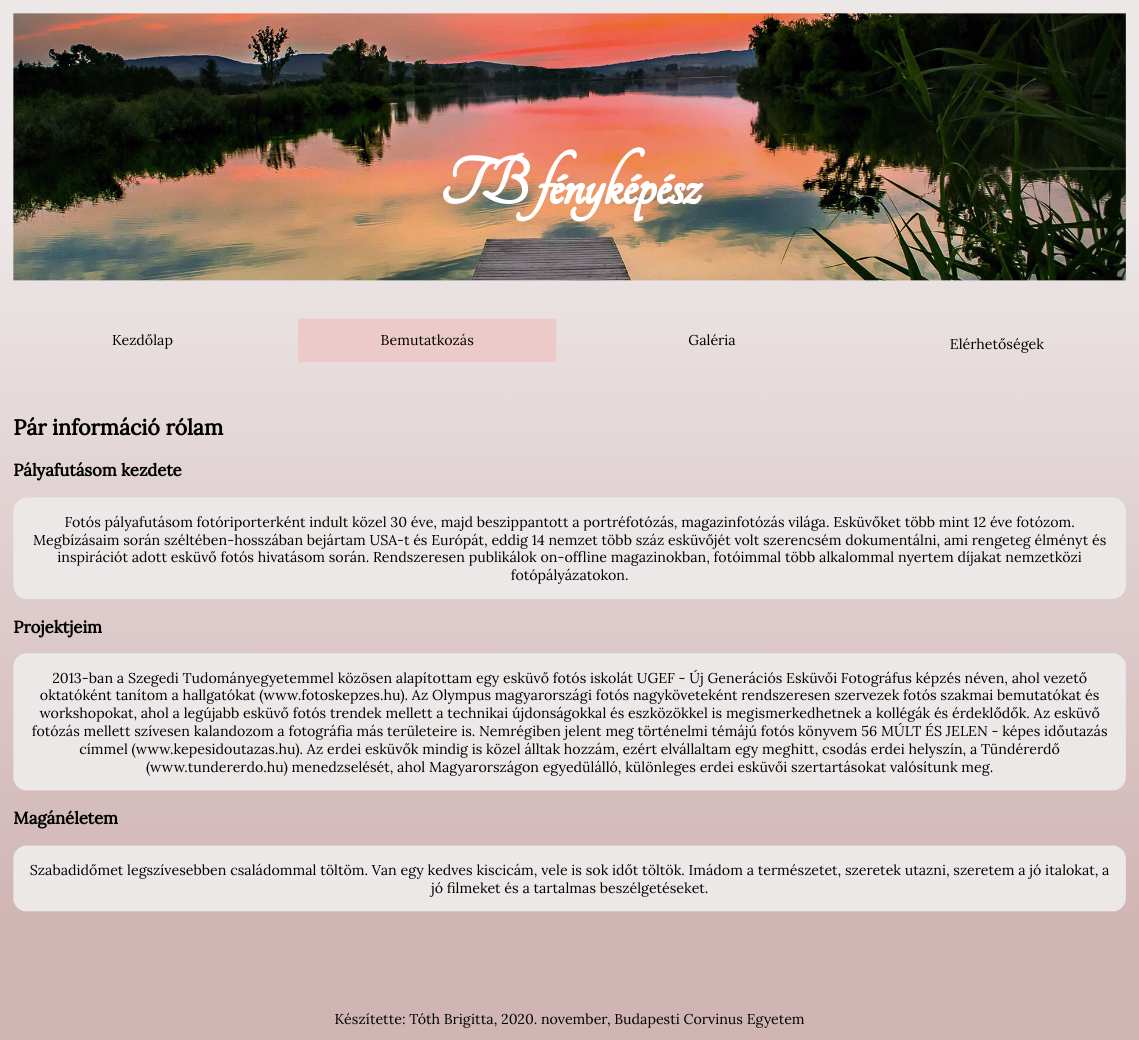
Repository: btoth-8/WebsiteProject
Page: bemutatkozas.html
An editor plug-in stored every save of this project. The page is shown before and after the next save, followed by the edit.
The browser window is 1280 px wide. The pictures show the whole page, at 89% of full size.

Above is the page before, as saved 2020-11-27 19:02:35.

After the next save:
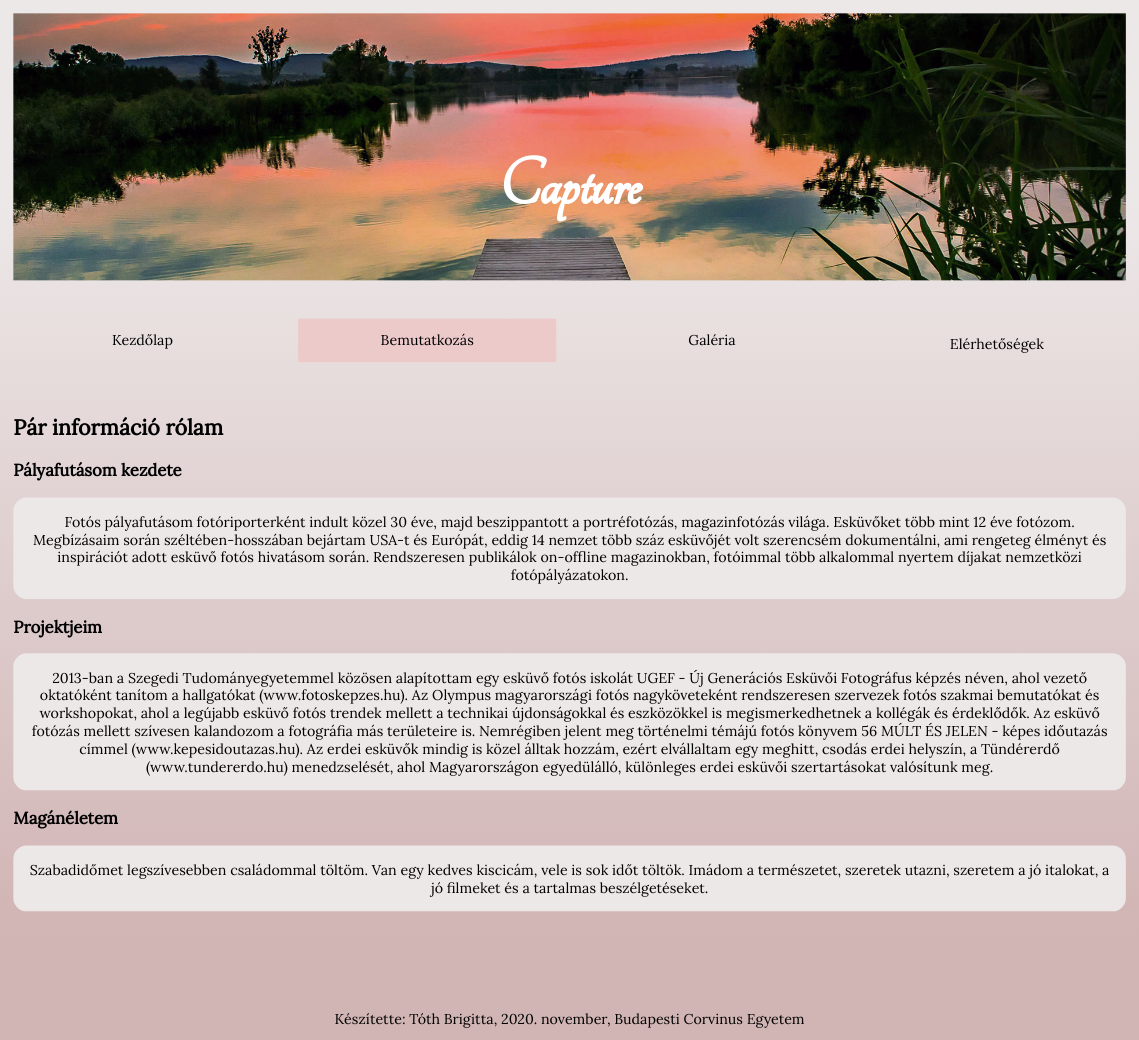
Saved 628 days later.
--- a/bemutatkozas.html
+++ b/bemutatkozas.html
@@ -6,7 +6,7 @@
     <meta NAME="author" CONTENT="Tóth Brigitta">
     <meta NAME="copyright" CONTENT="Az oldal csak beadandó céljából készült, nincs köze a valósághoz.">
     <link rel="icon" href="KÉPEK/favicon/kamera.favicon.png" type="image/x-icon">
-    <title>TB fényképész</title>
+    <title>Capture</title>
     <link rel="stylesheet" href="main.css" />
     <link href="https://fonts.googleapis.com/css2?family=Lora&display=swap" rel="stylesheet">
     <link rel="stylesheet" href="https://fonts.googleapis.com/css?family=Tangerine">
@@ -17,7 +17,7 @@
     <div class="row">
         <div class="col-12 col-t-12">
           <header>
-              <p><h1>TB fényképész</h1></p>
+              <p><h1>Capture</h1></p>
           </header>
         </div>
       </div>
